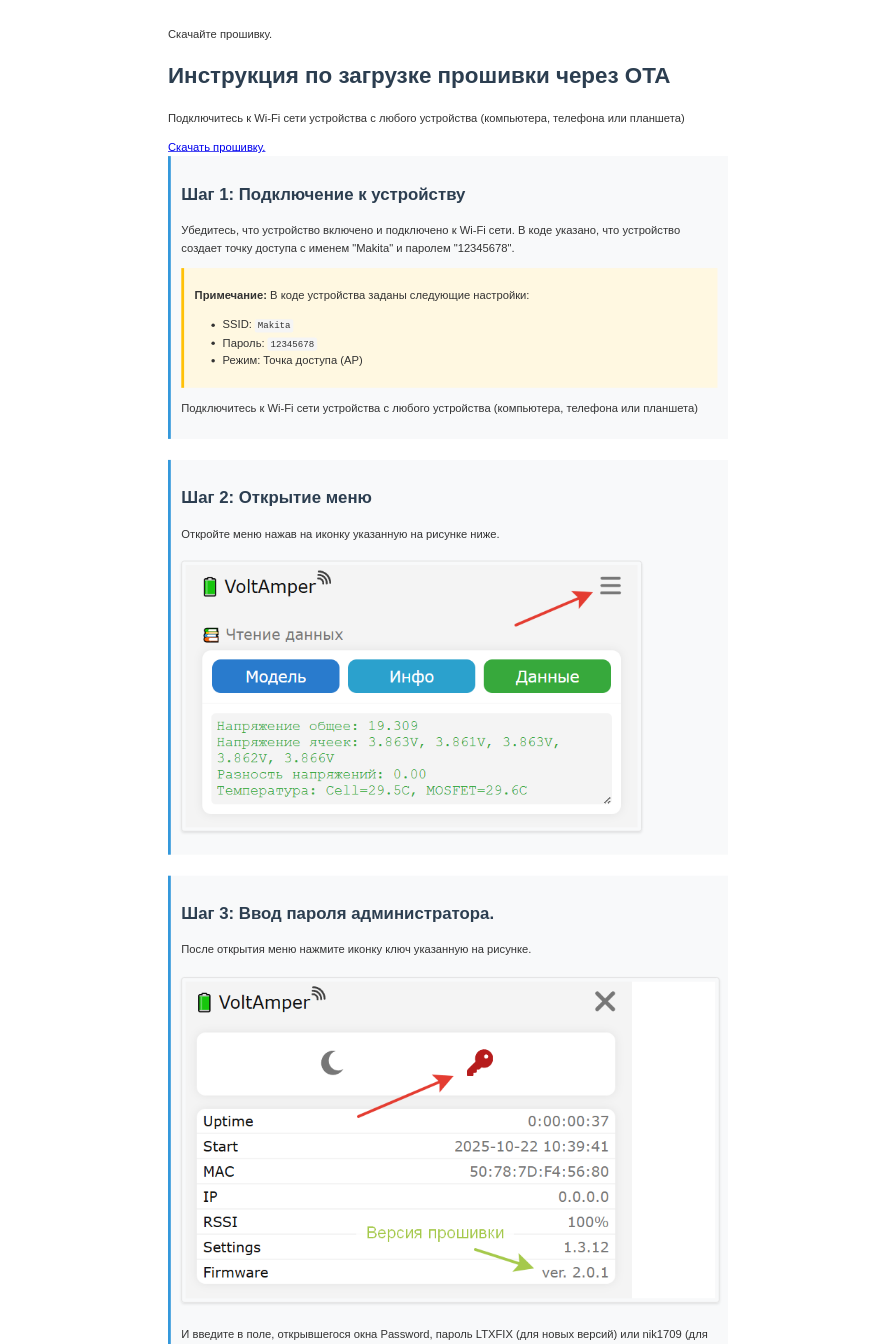
Repository: NikElectronics/ELIXStoFIX
Page: firmware.html
An editor plug-in stored every save of this project. The page is shown before and after the next save, followed by the edit.
The browser window is 1280 px wide. The pictures show the part of the page from y = 0 to 1920 px (the page is 5292 px tall before and 5308 px after), at 70% of full size.

Above is the page before, as saved 2025-10-22 10:44:44.

After the next save:
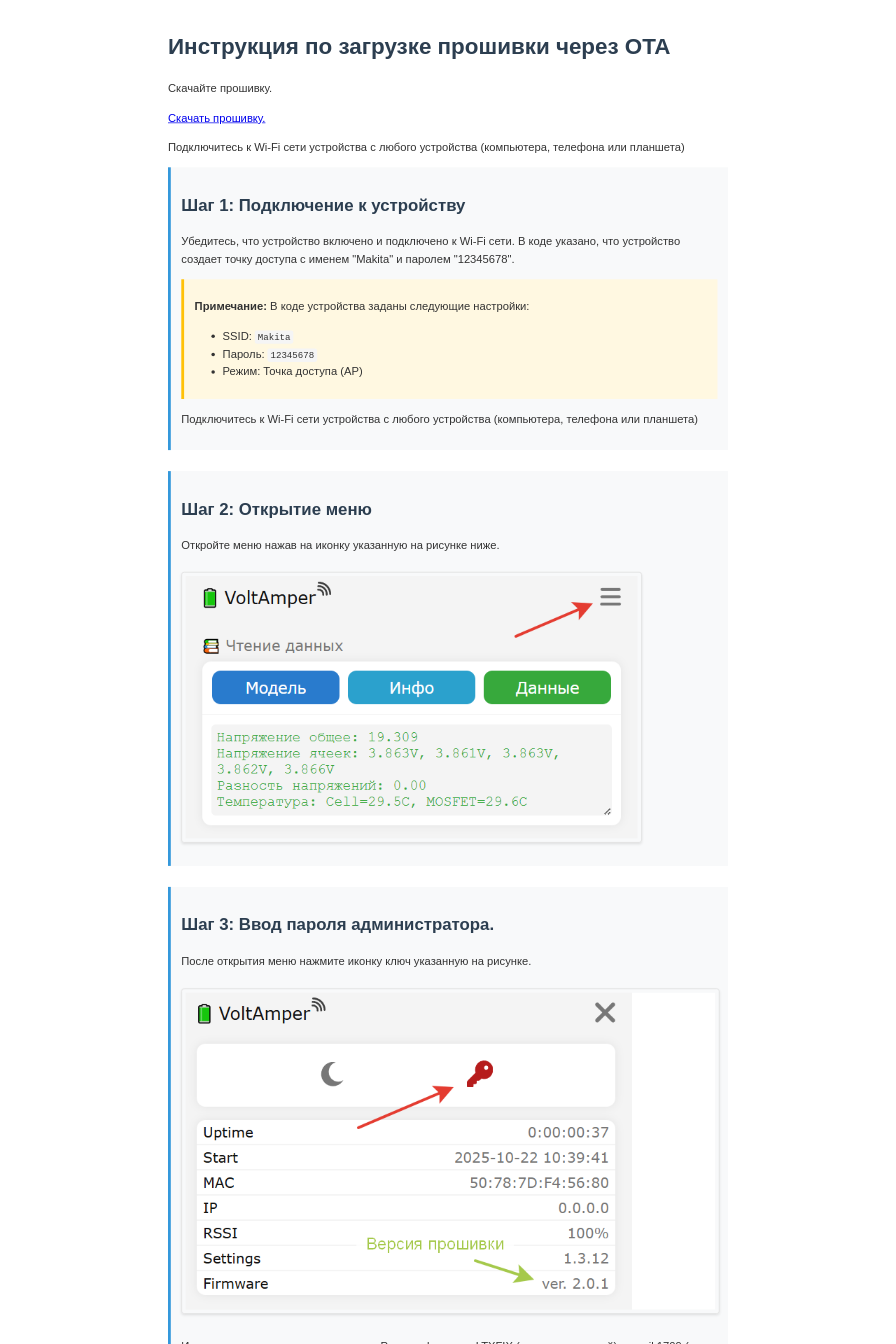
Saved 42 s later.
--- a/firmware.html
+++ b/firmware.html
@@ -61,10 +61,11 @@
 </head>
 
 <body>
+
+    <h1>Инструкция по загрузке прошивки через OTA</h1>
     <p>Скачайте прошивку.</p>
-    <h1>Инструкция по загрузке прошивки через OTA</h1>
+    <a href="files/lxtfix_V201.bin" download>Скачать прошивку.</a>
     <p>Подключитесь к Wi-Fi сети устройства с любого устройства (компьютера, телефона или планшета)</p>
-    <a href="files/lxtfix_V201.bin" download>Скачать прошивку.</a>
     <div class="step">
         <h2>Шаг 1: Подключение к устройству</h2>
         <p>Убедитесь, что устройство включено и подключено к Wi-Fi сети. В коде указано, что устройство создает точку
